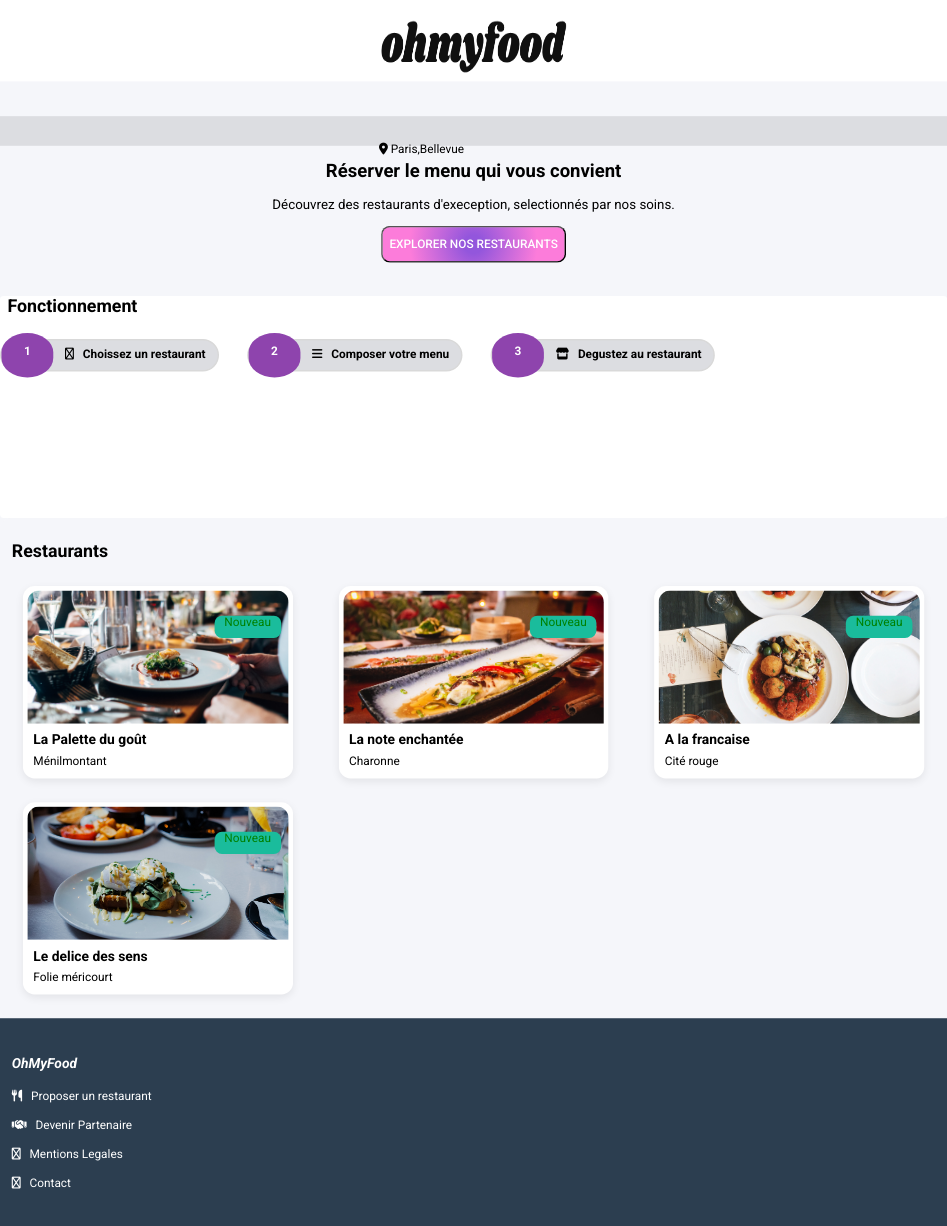
Repository: ultraasedev/ohmyfood
Page: index.html
These files come from the project's save history. The page is drawn as it stood at one moment and after the next save; the edit follows.
The browser window is 1280 px wide. The pictures show the whole page, at 74% of full size.
Some web fonts or font styles are not loaded; a fallback is used. Some web libraries are served in a nearby version.

Above is the page before, as saved 2022-10-27 21:24:03.

### index.html
<!doctype html>
<html lang="fr">
    <head>
        <meta charset="UTF-8">
        <meta name="viewport" content="width=device-width,minimum-scale=1,initial-scale=1,maximum-scale=2">

      <title>Ohmyfood!  - Home</title>
       <meta name="description" content="Ohmyfood! est une entreprise de commande de repas en ligne. Notre concept permet aux
       utilisateurs de composer leur propre menu et réduire leur temps d’attente dans les
       restaurants car leur menu est préparé à l’avance. Plus de perte de temps à consulter la carte"/>
       <meta property="og:site_name" content="Ohmyfood!  - est une entreprise de commande de repas en ligne. Notre concept permet aux
       utilisateurs de composer leur propre menu et réduire leur temps d’attente dans les
       restaurants car leur menu est préparé à l’avance. Plus de perte de temps à consulter la carte" />
       <meta property="og:description" content="est une entreprise de commande de repas en ligne. Notre concept permet aux
       utilisateurs de composer leur propre menu et réduire leur temps d’attente dans les
       restaurants car leur menu est préparé à l’avance. Plus de perte de temps à consulter la carte" />




       <link type="text/css" rel="stylesheet" href="css/normalize.css"/>
       <link type="text/css" rel="stylesheet" href="css/all.min.css"/>
       <link type="text/css" rel="stylesheet" href="css/fontawesome.min.css"/>
       <link rel="preconnect" href="https://fonts.googleapis.com">
        <link rel="preconnect" href="https://fonts.gstatic.com" crossorigin>
       <link href="https://fonts.googleapis.com/css2?family=Roboto:ital,wght@0,100;0,300;0,400;0,500;0,700;0,900;1,100;1,300;1,400;1,500;1,700;1,900&family=Shrikhand&display=swap" rel="stylesheet">
       <script   src="https://kit.fontawesome.com/f132f25ed3.js" crossorigin="anonymous"></script>

       <link type="text/css" rel="stylesheet" href="css/style.css" />



       </head>

       <body>
<!--Nav + Logo-->
   <div class="nav">
    <div class="logo">
      <img src="images/logo/ohmyfood.png" alt="Ohmyfood !" class="logo"/>
    </div>
   </div>


<!--Header-->
<header>
  <!--Location-->
 <div class="location">
  <div class="villeloca"><p><i class="fa-sharp fa-solid fa-location-dot"></i> Paris,Bellevue</p></div>
</div>

  <div class="head-cont">
    <h2>Réserver le menu qui vous convient</h2>
    <p>Découvrez des restaurants d'exeception, selectionnés par nos soins.</p>

    <button class="btn-nav">
      Explorer nos restaurants
    </button>
  </div>
</header>

<!--Fonctionnement-->
<section class="cont-fonc">

  <h2>Fonctionnement</h2>

  <div class="ctn-filtres">

    <div class="filtres">
      <div class="circle-inf"><p>1</p></div>
      <p><i class="fa-regular fa-phone"></i>&nbsp;&nbsp;&nbsp;Choissez un restaurant</p>
    </div>

    <div class="filtres">
      <div class="circle-inf"><p>2</p></div>
      <p><i class="fa-solid fa-bars"></i>&nbsp;&nbsp;&nbsp;Composer votre menu</p>
    </div>

    <div class="filtres">
      <div class="circle-inf"><p>3</p></div>
      <p><i class="fa-solid fa-store"></i>&nbsp;&nbsp;&nbsp;Degustez au restaurant</p>
    </div>


  </div>

</section>
<!--Fonctionnement-->

<!--Restau 1-->
<section class="cont-art">
  <h2>Restaurants</h2>

  <!-- Card 1 -->
              <article class="resto-card">
                <a href="#">
                  <img
                    src="./images/restaurants/jay-wennington-N_Y88TWmGwA-unsplash.jpg"
                    alt="Photo de l'hébergement"
                  />
                  <div class="new">Nouveau</div>
                  <h3>La Palette du goût</h3>
                  <p>Ménilmontant</p>
                  <div class="stars">
                    <i class="fa-regular fa-heart"></i>
                    <i class="fa-solid fa-heart active"></i>
                  </div>
                </a>
              </article>


               <!-- Card 2 -->
               <article class="resto-card">
                <a href="#">
                  <img
                    src="./images/restaurants/louis-hansel-shotsoflouis-qNBGVyOCY8Q-unsplash.jpg"
                    alt="Photo de l'hébergement"
                  />
                  <div class="new">Nouveau</div>
                  <h3>La note enchantée</h3>
                  <p>Charonne</p>
                  <div class="stars">
                    <i class="fa-regular fa-heart"></i>

                  </div>
                </a>
              </article>

               <!-- Card 3 -->
               <article class="resto-card">
                <a href="#">
                  <img
                    src="./images/restaurants/stil-u2Lp8tXIcjw-unsplash.jpg"
                    alt="Photo de l'hébergement"
                  />
                  <div class="new">Nouveau</div>
                  <h3>A la francaise</h3>
                  <p>Cité rouge</p>
                  <div class="stars">
                    <i class="fa-regular fa-heart"></i>
                  </div>
                </a>
              </article>

               <!-- Card 4 -->
               <article class="resto-card">
                <a href="#">
                  <img
                    src="./images/restaurants/toa-heftiba-DQKerTsQwi0-unsplash.jpg"
                    alt="Photo de l'hébergement"
                  />
                  <div class="new">Nouveau</div>
                  <h3>Le delice des sens</h3>
                  <p>Folie méricourt</p>
                  <div class="stars">
                    <i class="fa-regular fa-heart"></i>
                  </div>
                </a>
              </article>




</section>

<!--FOOTER-->
<footer>
  <div class="container-footer">
    <div class="card-footer">
      <h3 style="font-family: 'Roboto';font-weight: 700;font-style: italic;">OhMyFood</h3>
      <!--<img src="images/logo/ohmyfood.png" alt="Ohmyfood !" height="20px" width="80px" style="margin-bottom: 10px;"/>-->
      <a href="#"><i class="fa-solid fa-utensils"></i>&nbsp;&nbsp;&nbsp;Proposer un restaurant</a>
      <a href="#"><i class="fa-solid fa-handshake"></i>&nbsp;&nbsp;&nbsp;Devenir Partenaire</a>
      <a href="#"><i class="fa-regular fa-circle-info"></i>&nbsp;&nbsp;&nbsp;Mentions Legales</a>
      <a href="#"><i class="fa-regular fa-phone"></i>&nbsp;&nbsp;&nbsp;Contact</a>

    </div>

</footer>

### css/style.css
*{
    box-sizing: border-box;
    font-family: var(--fontall);
    max-width: 1380px;

}
:root{

  /*Font*/
  --fontall: 'Roboto', sans-serif;
  --fontlg: 'Shrikhand' , cursive;

  /*color*/
  --primary: #9356DC;
  --secon: #FF79DA;
  --tert: #99E2D0;

  --greybg: #f5f6fa;

}


body{
    background-color:  var(--greybg);
    font-family: var(--fontall);
}

/* Nav*/
.nav{
  display: flex;
  height: 130px;
  width: 100%;
  background-color: #fff;
  align-items: center;
  align-content: center;
  text-align: center;
  margin-bottom: 10px;
}
/*Logo*/
.logo{
  position: relative;
  align-items: center;
  align-content: center;
  text-align: center;
  margin-right: auto;
  margin-left: auto;
}
.logo img{
  height: 70px;
  width: 250px;
}
/*Header*/
header{
  position: absolute;
  height: 300px;
  width: 100%;
  background-color: #f5f6fa;
  align-items: center;
  align-content: center;
  text-align: center;
  margin-top: -30px;
}
/*Location*/
.location{
  position: flex;
  background-color: #dcdde1;
  height: 40px;
  margin-top: -8px;
  align-items: center;
  align-content: center;
  text-align: center;
}
.location .villeloca{
  position: absolute;
  align-items: center;
  align-content: center;
  text-align: center;
  left: 40%;
}

/*Head-Cont*/

.head-cont h2{
  font-size: 25px;
  font-weight: bold;

}
.head-cont p{
  font-size: 18px;
  font-weight: 400;

}
/*Btn-nav*/
.btn-nav{
  align-items: center;
  align-content: center;
  text-transform: uppercase;
  transition: 0.5s;
  background: rgb(147,86,220);
  background: radial-gradient(circle, rgba(147,86,220,1) 10%, rgba(252,124,218,1) 69%);
  z-index: -1;
  transition: transform 400ms ease-in;
  color: #fff;
  width: 250px;
  height: 50px;
  overflow: hidden;
  text-decoration: none;
  border-radius: 12px;
 font-weight: 500;

}
/*Fonctionnement*/
.cont-fonc{
  position: relative;
  background-color: #fff;
  height: 300px;
  margin-top: 270px;
  border-radius: 5px;
}

.cont-fonc h2 {
 margin-left: 10px;
 margin-top: 20px;
 margin-bottom: 30px;
}
.cont-fonc .ctn-filtres {
  display: flex;
  align-items: center;
  gap: 38px;
  flex-wrap: wrap;
  margin-bottom: 35px;
}
.cont-fonc .circle-inf{
  background-color: #8e44ad;
  width: 70px;
  height: 60px;
  border-radius: 80px / 60px;
  text-align: center;
  color: #fff;
  font-weight: bold;
}
.cont-fonc .circle-inf p{
  text-align: center;
  justify-items: center;
  justify-content: center;
}
.cont-fonc .ctn-filtres .filtres{
  display: flex;
  align-items: center;
  gap: 16px;
  border: 2px solid #d9d9d9;
  border-radius: 32px;
  padding: 0 16px 0 0;
  height: 44px;
  transition: 0.2s;
  cursor: pointer;
  font-weight: bold;
  background-color: #dcdde1;
}
/* Content Article */
.cont-art{
  background-color: #f5f6fa;
  padding: 32px 16px;
  border-radius: 16px;
  display: grid;
  grid-template-columns: repeat(3, 1fr);
  gap: 32px;
  left: 10px;
}
.cont-art h2 {
  grid-column: 1/-1;
  margin: 0;
}
.cont-art .resto-card{
  background: white;
  padding: 6px;
  border-radius: 16px;
  margin: auto;
  box-shadow: rgba(0, 0, 0, 0.08) 0px 4px 12px;
  transition: 0.2s;
  width: calc(100% - 30px);
}
.cont-art .resto-card .new{
  position: relative;
  background-color: #1abc9c;
  color: green;
  height: 30px;
  width: 90px;
  text-align: center;
  justify-content: center;
  align-items: center;
  border-radius: 10px;
  float: right;
  top: -150px;
  margin-right: 10px;
  font-weight: 400;
}
.cont-art .resto-card img {
  height: 180px;
  object-fit: cover;
  width: 100%;
  border-top-right-radius: 16px;
  border-top-left-radius:16px;
}
.cont-art .resto-card a {
  text-decoration: none;
  color: inherit;
}

.cont-art .resto-card h3 {
  margin: 8px 8px 8px;
}

.cont-art .resto-card p {
  margin: 8px 8px 8px;
}

.cont-art .resto-card .stars {
  position: ;
  margin: 8px 8px 8px;
  color: #0065fc;
  float: right;
  display: none;
}

.cont-art .resto-card .stars .active:hover{
  display: block;
  position: absolute;
  color: #9356DC;
  margin-top: -16px;

}

/*FOOTER*/
footer {
  background-color: #2c3e50;
  padding: 32px 16px;
  color: #fff;
}
.container-footer {
  display: flex;
  max-width: 1330px;
  margin: auto;
  font-family: "Raleway", sans-serif;
  gap: 16px;
}
.card-footer {
  display: flex;
  flex-direction: column;
  min-width: 30%;
}

.card-footer a {
  margin-top: 5px;
  margin-bottom: 16px;
  text-decoration: none;
  color: inherit;
}

.card-footer a:hover {
  text-decoration: underline !important;
}

Loaded but not shown: css/normalize.css (library); css/all.min.css (library); css/fontawesome.min.css (library)

After the next save:
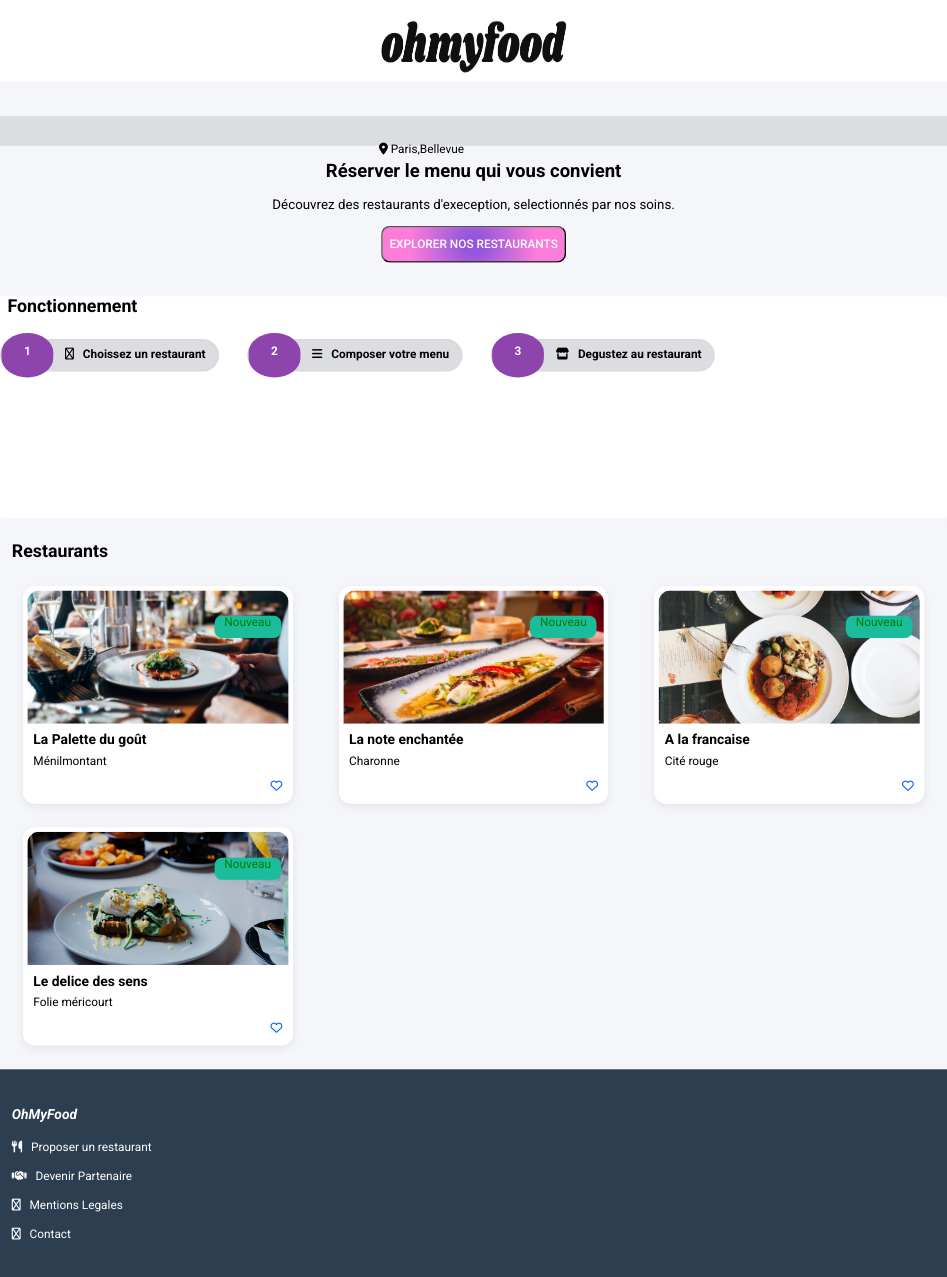
Saved 36 s later.
--- a/css/style.css
+++ b/css/style.css
@@ -220,9 +220,11 @@ header{
   margin: 8px 8px 8px;
   color: #0065fc;
   float: right;
-  display: none;
-}
-
+
+}
+.cont-art .resto-card .stars .active{
+   display: none;
+}
 .cont-art .resto-card .stars .active:hover{
   display: block;
   position: absolute;
